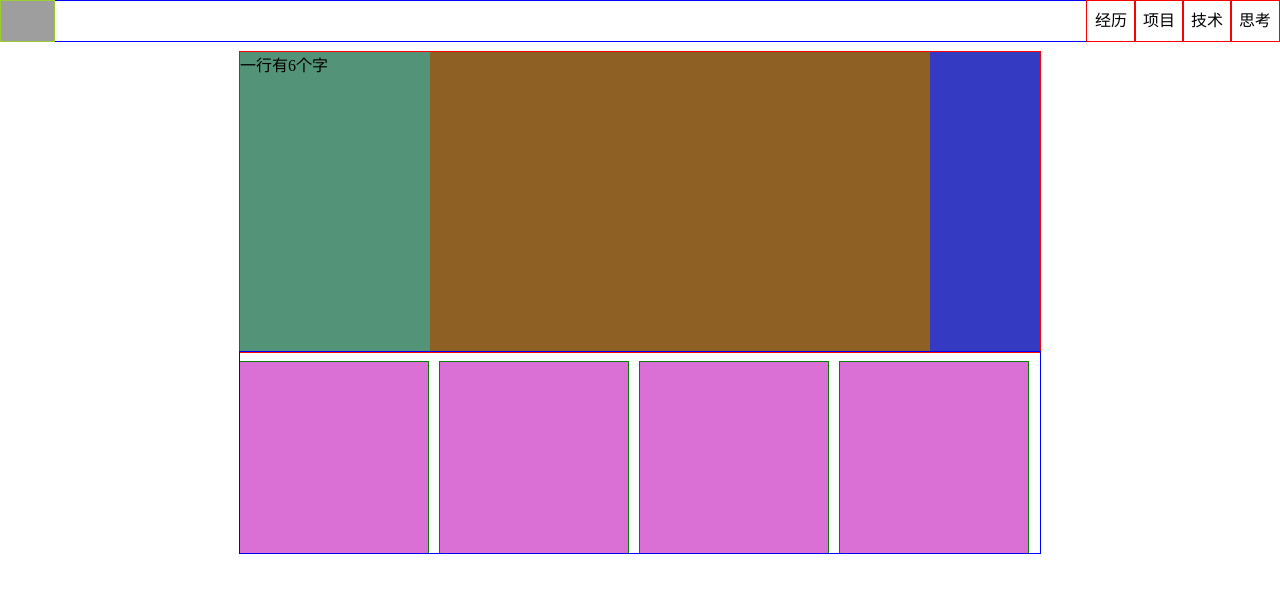
Repository: Lixianlai-2/Css-practice
Page: flex布局/index.html
These files come from the project's save history. The page is drawn as it stood at one moment and after the next save; the edit follows.
The browser window is 1280 px wide. The pictures show the whole page.
Pictures or frames that could not be fetched are drawn as grey boxes.

Above is the page before, as saved 2021-12-04 11:06:20.

### flex布局/index.html
<!DOCTYPE html>
<html>
  <head>
    <meta charset="utf-8" />
    <link rel="stylesheet" href="style.css" />
    <title>float浮动</title>
  </head>

  <body>
    <header>
      <div class="logo">
        <img
          src="https://avatars.githubusercontent.com/u/23273345?v=4"
          alt="头像"
        />
      </div>
      <ul>
        <li>经历</li>
        <li>项目</li>
        <li>技术</li>
        <li>思考</li>
      </ul>
    </header>
    <div class="content">
      <aside>一行有6个字</aside>
      <main></main>
      <div class="ad"></div>
    </div>

    <div class="imageList">
      <div class="x">
        <div class="image"></div>
        <div class="image"></div>
        <div class="image"></div>
        <div class="image"></div>
      </div>
    </div>
  </body>
</html>

### flex布局/style.css
* {
  margin: 0;
  padding: 0;
  box-sizing: border-box;
}

img {
  max-width: 100%;
}

ul,
ol {
  list-style: none;
}

header {
  border: 1px solid blue;
}

ul,
ol {
  list-style: none;
}

.logo {
  display: inline-block;
  outline: 1px solid yellowgreen;
  justify-content: flex-start;
  /* height: 40px; */
}

header {
  display: flex;
  justify-content: space-between;
}

.logo > img {
  height: 40px;
  vertical-align: middle;
}

ul > li {
  outline: 1px solid red;
  line-height: 32px;
  padding: 4px 0.5em;
}

ul {
  display: flex;
  /* 必须让其浮动，也让logo浮动，才能让其父容器完全贴合 */
}

.content {
  /* 不占据空间，绘制于元素内容周围 */
  display: flex;
  outline: 1px solid red;
  width: 800px;
  margin-top: 10px;
  margin-left: auto;
  margin-right: auto;
}

.content > aside {
  width: 190px;
  height: 300px;

  background-color: rgb(83, 147, 119);
}

.content > main {
  height: 300px;
  width: 500px;

  background-color: rgb(142, 96, 35);
}

.content > .ad {
  width: 110px;
  height: 300px;

  background-color: rgb(52, 59, 194);
}

.imageList {
  justify-content: space-evenly;
  outline: 1px solid blue;
  width: 800px;
  margin-left: auto;
  margin-right: auto;
}

.image {
  outline: 1px solid green;
  background-color: orchid;
  width: 191px;
  height: 191px;
  margin-top: 10px;
  margin-right: 12px;
}

.x {
  display: flex;
}

After the next save:
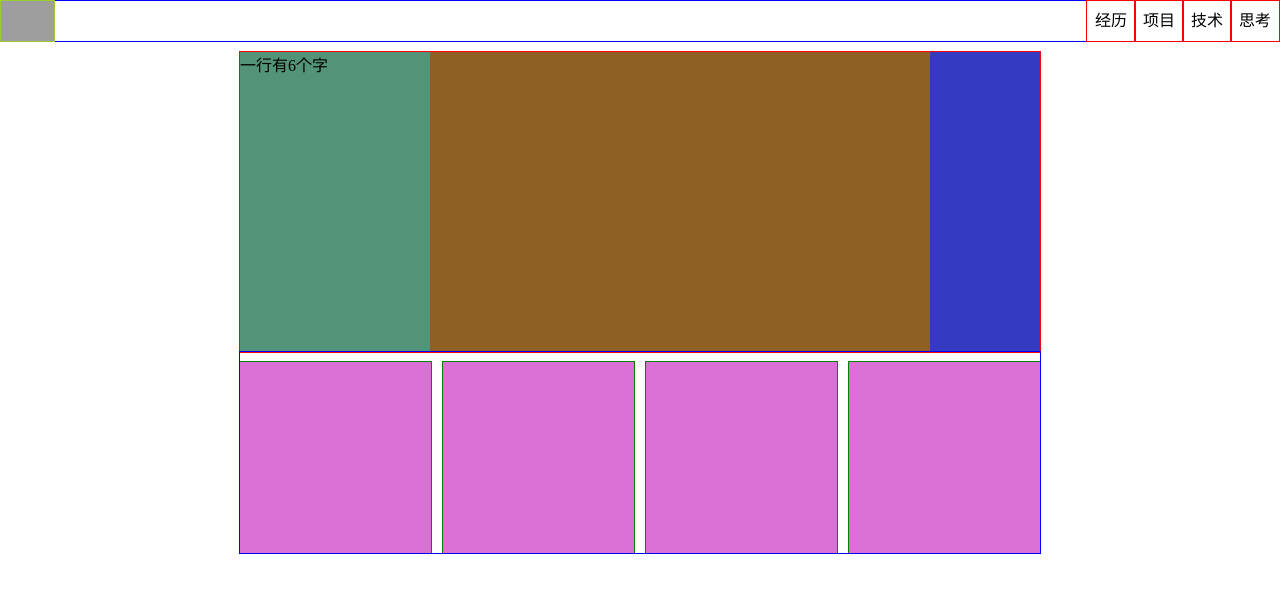
Saved 16 s later.
--- a/flex布局/style.css
+++ b/flex布局/style.css
@@ -100,4 +100,5 @@ ul {
 
 .x {
   display: flex;
+  margin-right: -12px;
 }
